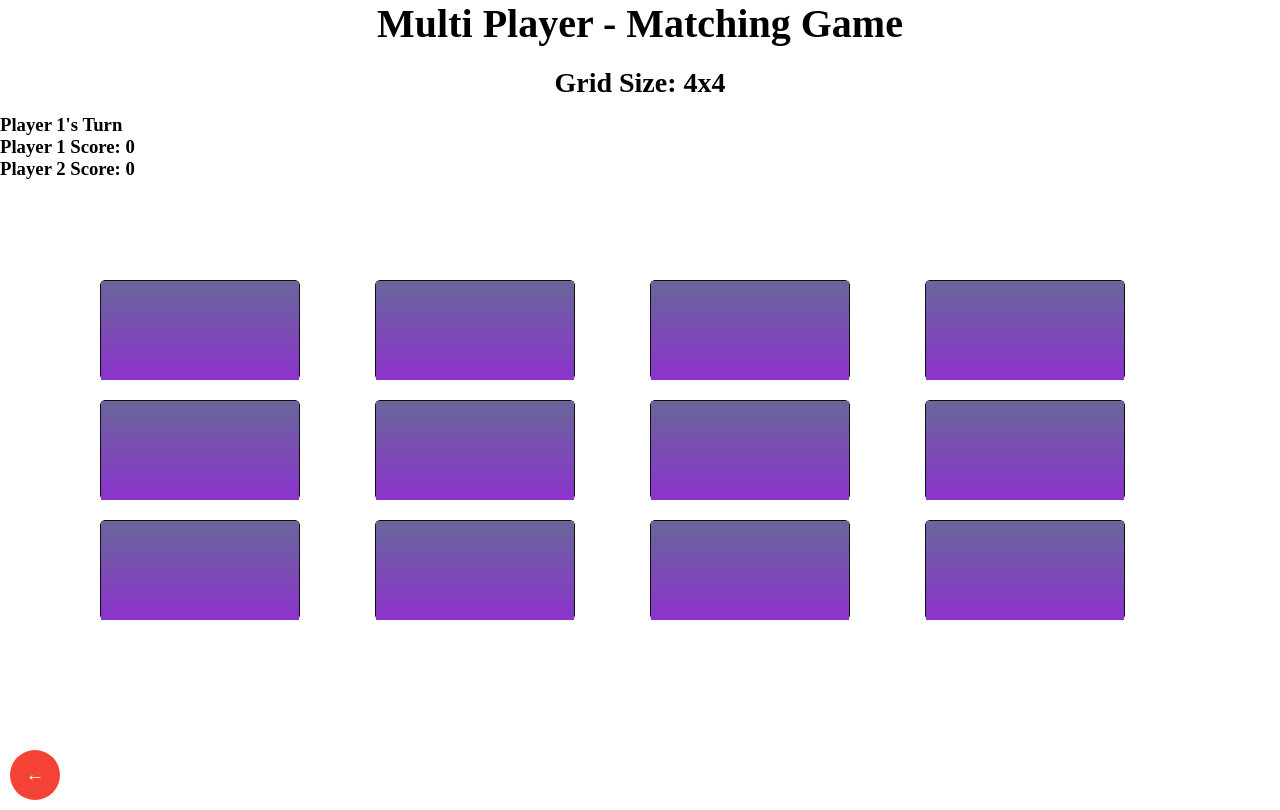
Repository: parnelltse/frontend2-courseproject
Page: /multigame
These files come from the project's save history. The page is drawn as it stood at one moment and after the next save; the edit follows.
The browser window is 1280 px wide. The pictures show the whole page.
The project was rebuilt for these pictures with package versions that can differ from the ones it lists, and the page was loaded fresh each time. Also part of the build but not shown: vite.config.js, src/pages/landing.jsx, src/pages/home.jsx, src/pages/gameoptions.jsx, src/pages/appsettings.jsx, src/pages/profilesettings.jsx, src/pages/gamehistory.jsx, src/pages/singleplayer.jsx and 3 more.

Above is the page before, as saved 2024-11-30 22:09:20.

After the next save:
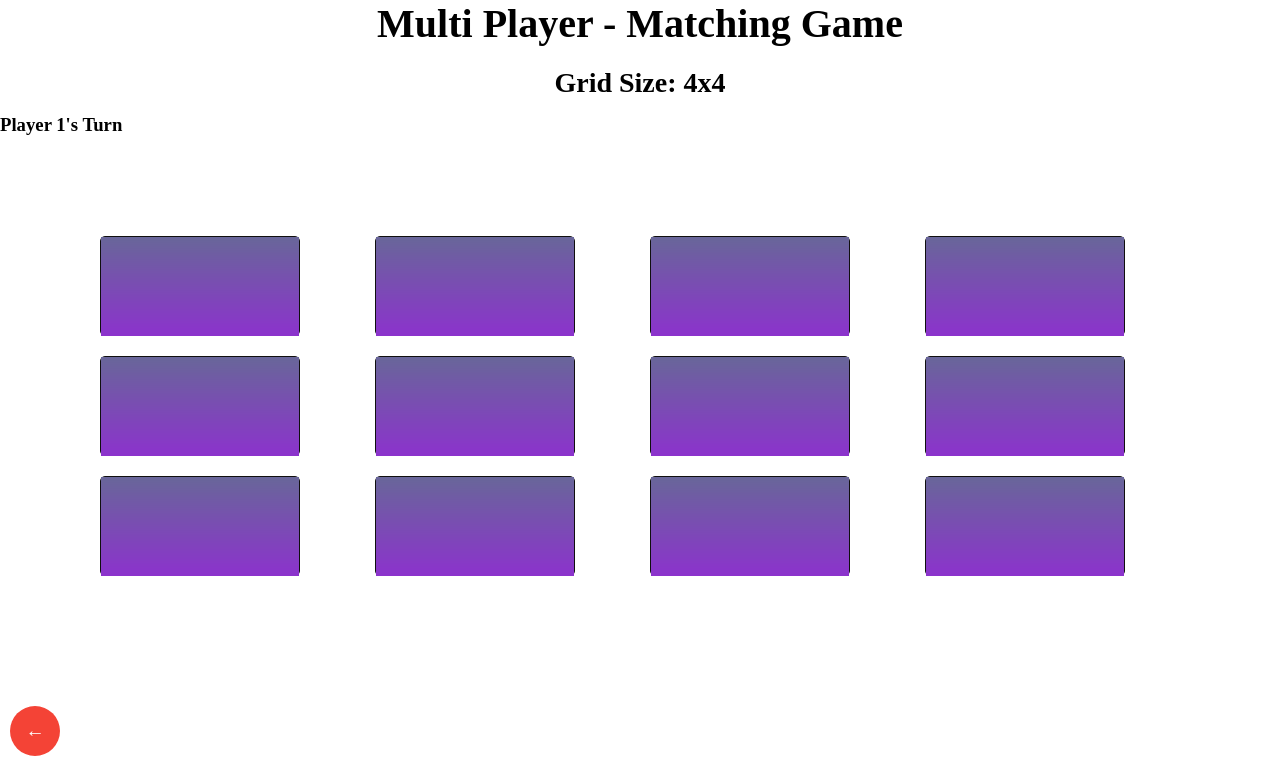
Saved 7 min 5 s later.
--- a/src/pages/multigame.jsx
+++ b/src/pages/multigame.jsx
@@ -23,9 +23,6 @@
   const [flippedCards, setFlippedCards] = useState([]);
   const [gameEnded, setGameEnded] = useState(false);
   const [currentPlayer, setCurrentPlayer] = useState(1); // Player 1 starts
-  const [player1Score, setPlayer1Score] = useState(0); // Player 1's score
-  const [player2Score, setPlayer2Score] = useState(0); // Player 2's score
-  const [matchedPairs, setMatchedPairs] = useState(0);
   const [player1Time, setPlayer1Time] = useState(null); // Time for Player 1
   const [player2Time, setPlayer2Time] = useState(null); // Time for Player 2
   const [startTime, setStartTime] = useState(Date.now()); // Start time for the game
@@ -48,8 +45,10 @@
     );
     setFlippedCards([]);
     setGameEnded(false);
-    setMatchedPairs(0);
+    setPlayer1Time(null); // Reset Player 1 time
+    setPlayer2Time(null); // Reset Player 2 time
     setStartTime(Date.now()); // Reset start time
+    setCurrentPlayer(1); // Reset to Player 1
   };
 
   const shuffleCards = (cards) => {
@@ -79,14 +78,6 @@
               : card
           );
           setCards(updatedCards);
-          setMatchedPairs((prev) => prev + 1);
-
-          // Update score for the current player
-          if (currentPlayer === 1) {
-            setPlayer1Score((prevScore) => prevScore + 100);
-          } else {
-            setPlayer2Score((prevScore) => prevScore + 100);
-          }
           setFlippedCards([]); // Clear flipped cards
         }, 500); // Delay to show match
       } else {
@@ -127,8 +118,8 @@
 
   const winner = () => {
     if (player1Time && player2Time) {
-      if (player1Time < player2Time) return "Player 1 wins!";
-      else if (player2Time < player1Time) return "Player 2 wins!";
+      if (player1Time < player2Time) return "Player 1 won!";
+      else if (player2Time < player1Time) return "Player 2 won!";
       else return "Draw";
     }
     return "";
@@ -142,20 +133,10 @@
       {/* Show current player */}
       <h3>{`Player ${currentPlayer}'s Turn`}</h3>
 
-      <div className="score-display">
-        <h3>Player 1 Score: {player1Score}</h3>
-        <h3>Player 2 Score: {player2Score}</h3>
-      </div>
-
       {gameEnded ? (
         <div>
           <h2 className="congrat">
             {winner()}
-            {winner() !== "Draw" && (
-              <span>
-                {winner() === "Player 1 wins!" ? player1Score : player2Score} points!
-              </span>
-            )}
           </h2>
           <div className="game-controls">
             <BackButton />

After the save that followed:
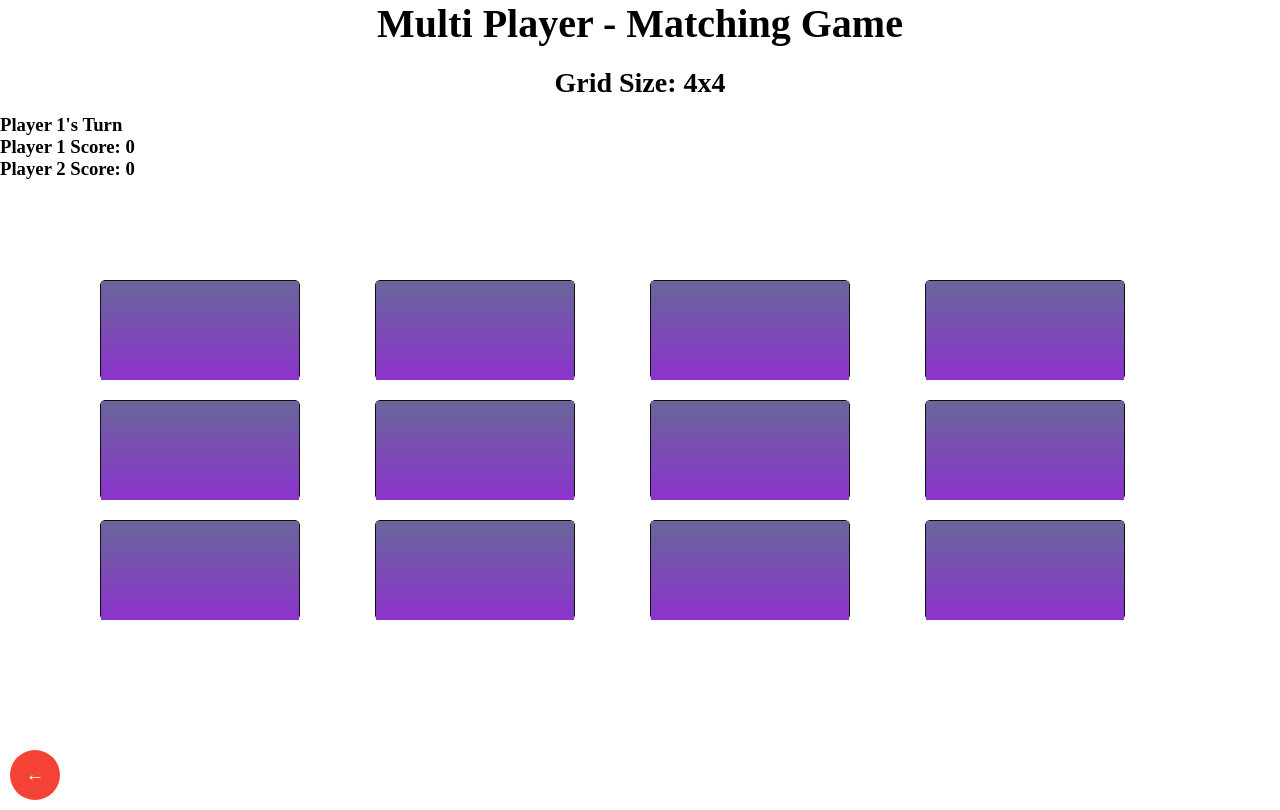
Saved 87 s later.
--- a/src/pages/multigame.jsx
+++ b/src/pages/multigame.jsx
@@ -23,6 +23,9 @@
   const [flippedCards, setFlippedCards] = useState([]);
   const [gameEnded, setGameEnded] = useState(false);
   const [currentPlayer, setCurrentPlayer] = useState(1); // Player 1 starts
+  const [player1Score, setPlayer1Score] = useState(0); // Player 1's score
+  const [player2Score, setPlayer2Score] = useState(0); // Player 2's score
+  const [matchedPairs, setMatchedPairs] = useState(0);
   const [player1Time, setPlayer1Time] = useState(null); // Time for Player 1
   const [player2Time, setPlayer2Time] = useState(null); // Time for Player 2
   const [startTime, setStartTime] = useState(Date.now()); // Start time for the game
@@ -45,10 +48,8 @@
     );
     setFlippedCards([]);
     setGameEnded(false);
-    setPlayer1Time(null); // Reset Player 1 time
-    setPlayer2Time(null); // Reset Player 2 time
+    setMatchedPairs(0);
     setStartTime(Date.now()); // Reset start time
-    setCurrentPlayer(1); // Reset to Player 1
   };
 
   const shuffleCards = (cards) => {
@@ -78,6 +79,14 @@
               : card
           );
           setCards(updatedCards);
+          setMatchedPairs((prev) => prev + 1);
+
+          // Update score for the current player
+          if (currentPlayer === 1) {
+            setPlayer1Score((prevScore) => prevScore + 100);
+          } else {
+            setPlayer2Score((prevScore) => prevScore + 100);
+          }
           setFlippedCards([]); // Clear flipped cards
         }, 500); // Delay to show match
       } else {
@@ -118,8 +127,8 @@
 
   const winner = () => {
     if (player1Time && player2Time) {
-      if (player1Time < player2Time) return "Player 1 won!";
-      else if (player2Time < player1Time) return "Player 2 won!";
+      if (player1Time < player2Time) return "Player 1 wins!";
+      else if (player2Time < player1Time) return "Player 2 wins!";
       else return "Draw";
     }
     return "";
@@ -133,14 +142,23 @@
       {/* Show current player */}
       <h3>{`Player ${currentPlayer}'s Turn`}</h3>
 
+      <div className="score-display">
+        <h3>Player 1 Score: {player1Score}</h3>
+        <h3>Player 2 Score: {player2Score}</h3>
+      </div>
+
       {gameEnded ? (
         <div>
           <h2 className="congrat">
             {winner()}
+            {winner() !== "Draw" && (
+              <span>
+                {winner() === "Player 1 wins!" ? player1Score : player2Score} points!
+              </span>
+            )}
           </h2>
           <div className="game-controls">
             <BackButton />
-            <button onClick={initializeGame}>Play Again</button>
             <button onClick={switchPlayer}>Switch Player</button>
           </div>
         </div>
